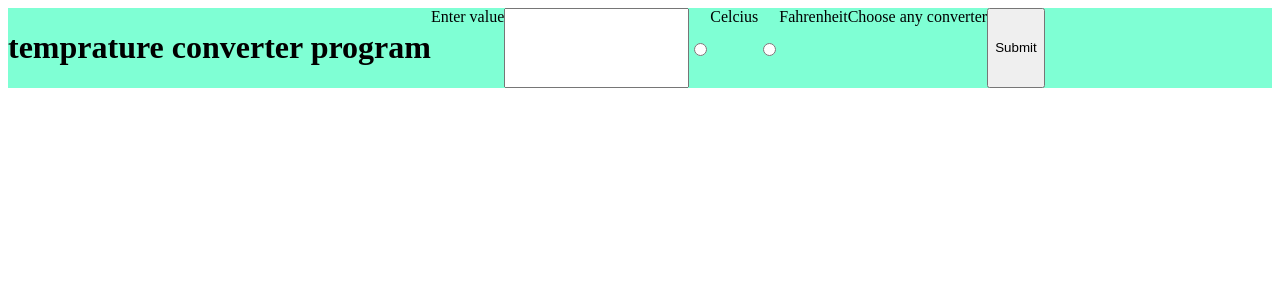
Repository: albinsabu2023/Stopwatch-program
Page: index.html
An editor plug-in stored every save of this project. The page is shown before and after the next save, followed by the edit.
The browser window is 1280 px wide. The pictures show the whole page.

Above is the page before, as saved 2023-03-02 23:07:10.

After the next save:
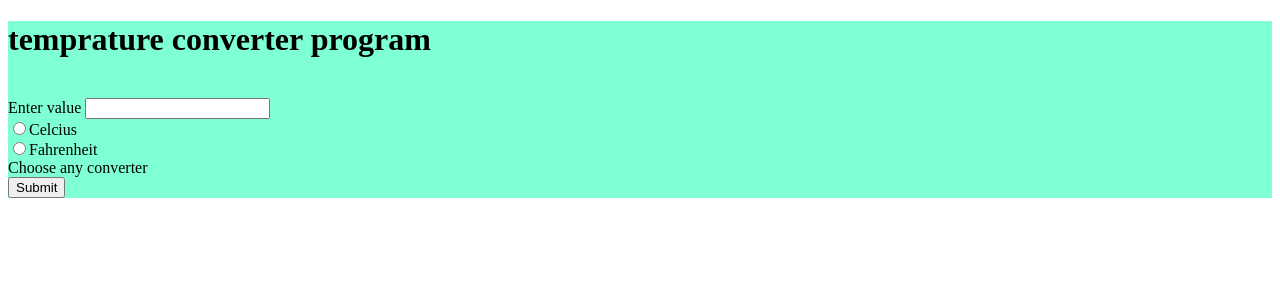
Saved 13 s later.
--- a/style.css
+++ b/style.css
@@ -1,5 +1,4 @@
 .c-1{
-    display: flex;
-    flex-direction: col;
+
     background-color: aquamarine;
 }
